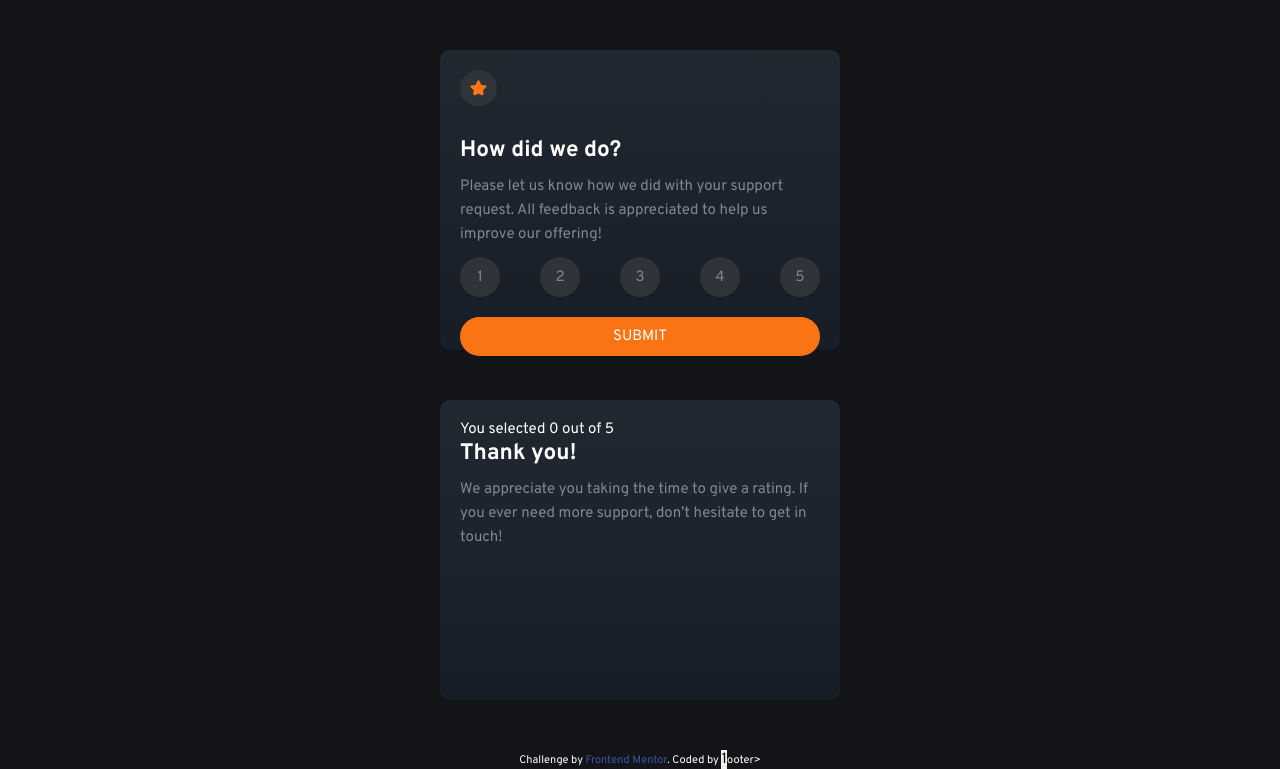
Repository: huynhnhutanhduy/interactive-rating-component
Page: index.html
The author's editor kept a copy of each file at every save. The page is drawn from the files as they stood at one save, then again after the next save.
The browser window is 1280 px wide. The pictures show the whole page.

Above is the page before, as saved 2022-10-19 10:34:18.

### index.html
<!DOCTYPE html>
<html lang="en">
  <head>
    <meta charset="UTF-8" />
    <meta name="viewport" content="width=device-width, initial-scale=1.0" />
    <!-- displays site properly based on user's device -->
    <link rel="icon" type="image/png" sizes="32x32" href="./images/favicon-32x32.png" />
    <title>Frontend Mentor | Interactive rating component</title>
    <link rel="preconnect" href="https://fonts.googleapis.com" />
    <link rel="preconnect" href="https://fonts.gstatic.com" crossorigin />
    <link
      href="https://fonts.googleapis.com/css2?family=Overpass:wght@400;700&display=swap"
      rel="stylesheet"
    />
    <link rel="stylesheet" href="./app.css" />
  </head>
  <body>
    <main>
      <!-- Rating state start -->
      <article class="rating-container">
        <img src="./images/icon-star.svg" alt="icon-star" class="rating-star" />
        <h2 class="rating-title">How did we do?</h2>
        <p class="rating-desc">
          Please let us know how we did with your support request. All feedback is appreciated
          to help us improve our offering!
        </p>
        <ul class="rating-list">
          <li><button class="rating-item">1</button></li>
          <li><button class="rating-item">2</button></li>
          <li><button class="rating-item">3</button></li>
          <li><button class="rating-item">4</button></li>
          <li><button class="rating-item">5</button></li>
        </ul>
        <button type="submit" class="rating-submit">Submit</button>
      </article>
      <!-- Rating state end -->

      <!-- Thank you state start -->
      <article class="rating-container">
        <p class="rating-result">You selected <span>0</span> out of 5</p>
        <!-- Add rating here -->
        <h2 class="rating-title">Thank you!</h2>
        <p class="rating-desc">
          We appreciate you taking the time to give a rating. If you ever need more support,
          don’t hesitate to get in touch!
        </p>
        <!-- Thank you state end -->
      </article>
    </main>

    <footer class="attribution">
      Challenge by
      <a href="https://www.frontendmentor.io?ref=challenge" target="_blank">Frontend Mentor</a
      >. Coded by <button class="btn">1</button>ooter>

    <script src="./app.js"></script>
  </body>
</html>

### app.css
:root {
  --primary: hsl(25, 97%, 53%);
  --white: hsl(0, 0%, 100%);
  --light-grey: hsl(217, 12%, 63%);
  --medium-grey: hsl(216, 12%, 54%);
  --dark-blue: hsl(213, 19%, 18%);
  --very-dark-blue: hsl(216, 12%, 8%);
}
* {
  margin: 0;
  padding: 0;
  border: 0;
}
*,
*::before,
*::after,
html {
  box-sizing: border-box;
}
html {
  font-size: 62.5%;
}
body {
  font-size: 1.5rem;
  font-family: "Overpass", sans-serif;
  font-weight: normal;
  background-color: var(--very-dark-blue);
  color: var(--white);
}
a {
  text-decoration: none;
}
img {
  display: block;
  max-width: 100%;
}
button {
  outline: none;
  font-size: 1.5rem;
  font-family: "Overpass", sans-serif;
  font-weight: 400;
  cursor: pointer;
}

.attribution {
  font-size: 11px;
  text-align: center;
}
.attribution a {
  color: hsl(228, 45%, 44%);
}

.rating-container {
  max-width: 40rem;
  height: 30rem;
  background-image: linear-gradient(to top, hsl(214, 26%, 12%), hsl(212, 20%, 16%));
  color: var(--white);
  padding: 2rem;
  border-radius: 1rem;
  margin: 5rem auto;
}
.rating-star {
  background-color: hsl(205, 10%, 20%);
  margin-bottom: 3rem;
  border-radius: 50%;
  padding: 1rem;
}
.rating-title,
.rating-desc {
  margin-bottom: 1rem;
}
.rating-desc,
.rating-item {
  color: var(--medium-grey);
}
.rating-desc {
  line-height: 1.6;
}
.rating-list {
  display: flex;
  justify-content: space-between;
  align-items: center;
  margin-bottom: 2rem;
}
.rating-list li {
  list-style: none;
}
.rating-item {
  border-radius: 50%;
  width: 4rem;
  height: 4rem;
  background-color: hsl(205, 10%, 20%);
}
.rating-submit {
  width: 100%;
  padding: 1rem;
  background-color: var(--primary);
  color: var(--white);
  border-radius: 2rem;
  text-transform: uppercase;
}

Loaded but not shown: app.js (no stored copy; drawn as an empty file)

After the next save:
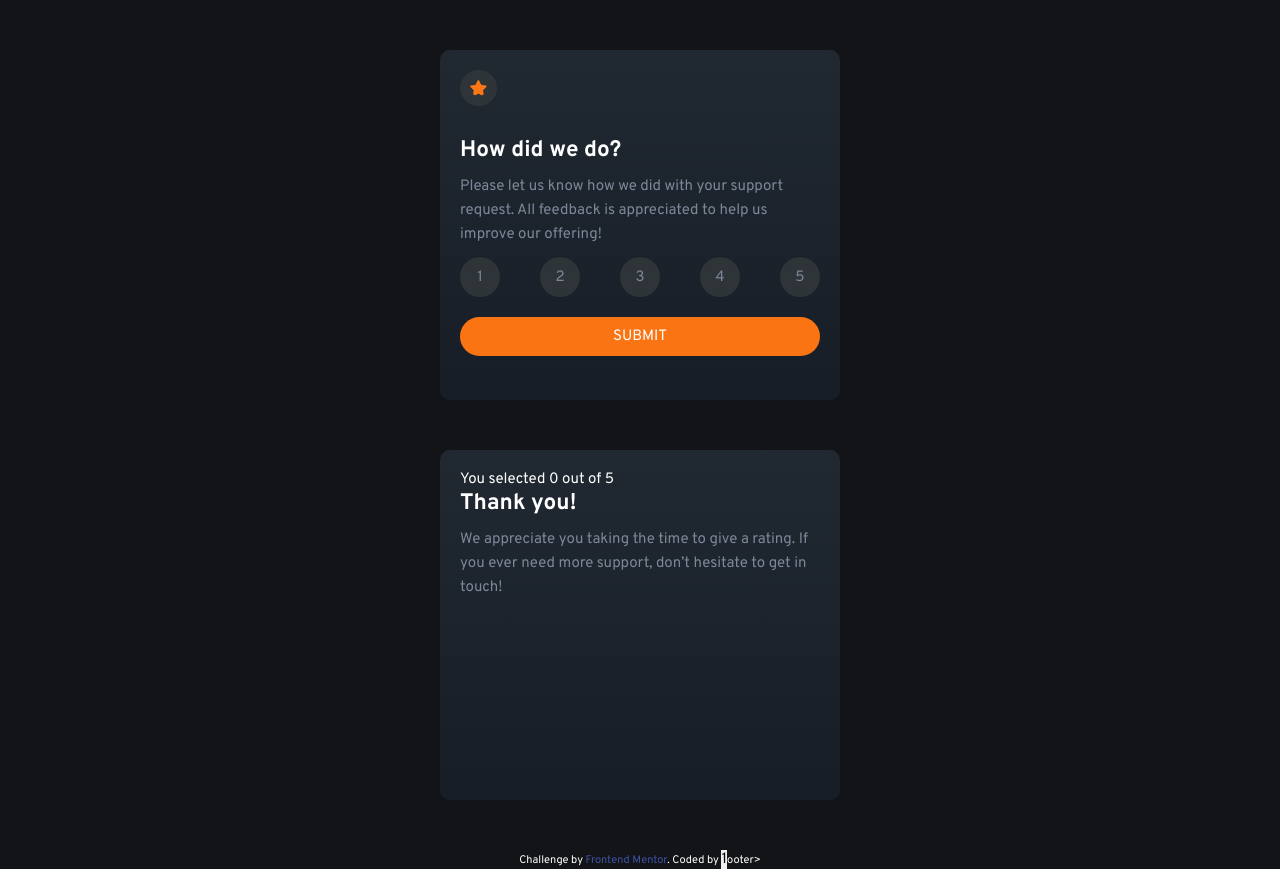
Saved 7 s later.
--- a/app.css
+++ b/app.css
@@ -52,7 +52,7 @@ button {
 
 .rating-container {
   max-width: 40rem;
-  height: 30rem;
+  height: 35rem;
   background-image: linear-gradient(to top, hsl(214, 26%, 12%), hsl(212, 20%, 16%));
   color: var(--white);
   padding: 2rem;
